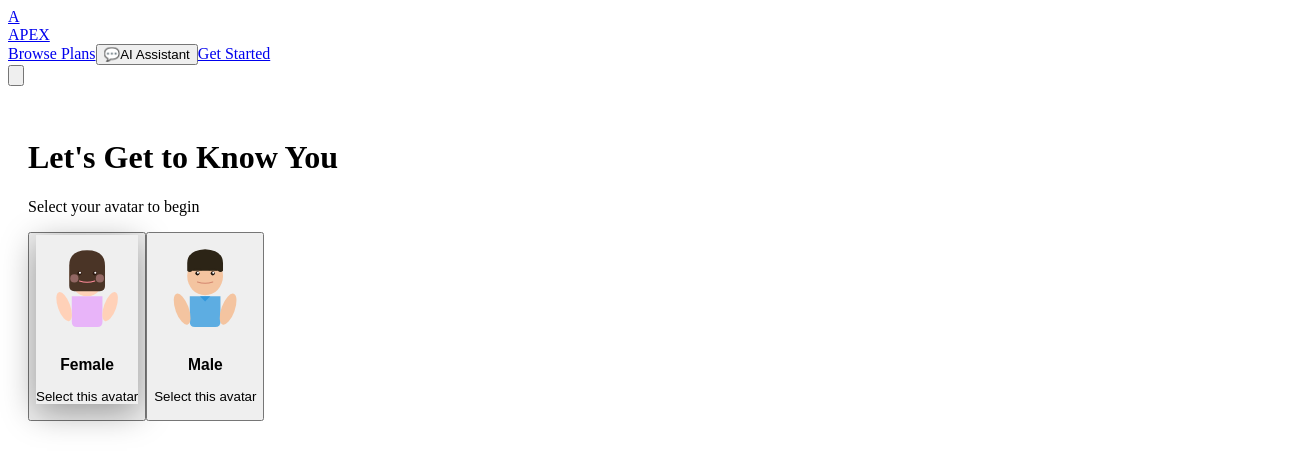
Repository: hmhhmm/Apex-AI-Driven-Insurance-Recommendation-System
Page: /onboarding/avatar-selection (app in client/)
The author's editor kept a copy of each file at every save. The page is drawn from the files as they stood at one save, then again after the next save.
The browser window is 1280 px wide. The page is 1312 px wide, so the pictures cover 1312 px, including what lies to the right of the window. The pictures show the whole page.
The project was rebuilt for these pictures with package versions that can differ from the ones it lists, and the page was loaded fresh each time. Also part of the build but not shown: client/src/components/chat/ChatHeader.tsx, client/src/components/chat/ChatMessages.tsx, client/src/components/chat/QuickActions.tsx, client/src/components/chat/ChatInput.tsx, client/src/components/landing/ParticleBackground.tsx, client/src/components/landing/AnimatedHero.tsx, client/src/components/landing/DashboardCard.tsx, client/src/pages/Landing.tsx and 11 more.

Above is the page before, as saved 2025-11-01 21:04:27.

### client/index.html
<!DOCTYPE html>
<html lang="en">
  <head>
    <meta charset="UTF-8" />
    <meta name="viewport" content="width=device-width, initial-scale=1.0" />
    <title>APEX</title>
  </head>
  <body>
    <div id="root"></div>
    <script type="module" src="/src/main.tsx"></script>
  </body>
</html>

### client/src/main.tsx
import React from 'react'
import { createRoot } from 'react-dom/client'
import App from './App'
import './styles.css'

const container = document.getElementById('root')!
const root = createRoot(container)
root.render(
  <React.StrictMode>
    <App />
  </React.StrictMode>
)

### client/src/App.tsx
import { BrowserRouter, Routes, Route, Navigate } from 'react-router-dom'
import { useAuthStore } from './store/authStore'
import { useChatPanel } from './hooks/useChatPanel'
import { useChatToggleShortcut } from './hooks/useKeyboardShortcut'
import Navigation from './components/layout/Navigation'
import ChatPanel from './components/chat/ChatPanel'
import Landing from './pages/Landing'
import Dashboard from './pages/Dashboard'
import Claims from './pages/Claims'
import Purchase from './pages/Purchase'

// Onboarding Pages
import AvatarSelection from './pages/onboarding/AvatarSelection'
import QuickAssessment from './pages/onboarding/QuickAssessment'
import AccountCreation from './pages/onboarding/AccountCreation'
import DNATestSelection from './pages/onboarding/DNATestOptions'
import OrderKit from './pages/onboarding/DNATestOptions/OrderKit'
import UploadExisting from './pages/onboarding/DNATestOptions/UploadExisting'
import ScheduleLab from './pages/onboarding/DNATestOptions/ScheduleLab'
import DocumentVault from './pages/onboarding/DocumentVault'

// Main app content that needs Router context
function AppContent() {
  const { isAuthenticated } = useAuthStore()
  const { isOpen, toggleChat } = useChatPanel()

  // Keyboard shortcut: Cmd/Ctrl + K to toggle chat
  useChatToggleShortcut(toggleChat)

  return (
    <div className="min-h-screen bg-black flex flex-col">
      <Navigation />

      <div className="flex flex-1 relative">
        {/* Main Content Area - Resizes when chat is open */}
        <main
          className={`flex-1 transition-all duration-300 ease-in-out ${
            isOpen ? 'md:mr-[25%] md:min-w-0' : 'w-full'
          }`}
          style={{
            minWidth: isOpen ? '75%' : '100%',
          }}
        >
          <Routes>
            {/* Public Routes */}
            <Route path="/" element={<Landing />} />
            <Route path="/purchase" element={<Purchase />} />

            {/* Onboarding Flow */}
            <Route path="/onboarding/avatar-selection" element={<AvatarSelection />} />
            <Route path="/onboarding/quick-assessment" element={<QuickAssessment />} />
            <Route path="/onboarding/account" element={<AccountCreation />} />
            <Route path="/onboarding/dna-test" element={<DNATestSelection />} />
            <Route path="/onboarding/dna-test/order-kit" element={<OrderKit />} />
            <Route path="/onboarding/dna-test/upload-existing" element={<UploadExisting />} />
            <Route path="/onboarding/dna-test/schedule-lab" element={<ScheduleLab />} />
            <Route path="/onboarding/documents" element={<DocumentVault />} />

            {/* Protected Routes */}
            <Route
              path="/dashboard"
              element={isAuthenticated ? <Dashboard /> : <Navigate to="/" />}
            />
            <Route
              path="/claims"
              element={isAuthenticated ? <Claims /> : <Navigate to="/" />}
            />

            {/* Catch all */}
            <Route path="*" element={<Navigate to="/" />} />
          </Routes>
        </main>

        {/* Slide-out Chat Panel */}
        <ChatPanel />
      </div>
    </div>
  )
}

function App() {
  return (
    <BrowserRouter>
      <AppContent />
    </BrowserRouter>
  )
}

export default App

### client/src/store/authStore.ts
import { create } from 'zustand'
import { persist } from 'zustand/middleware'

interface User {
  id: string
  email: string
  name: string
  hasPurchased: boolean
  activePlans?: any[]
}

interface AuthState {
  user: User | null
  isAuthenticated: boolean
  login: (email: string, password: string) => Promise<void>
  signup: (email: string, password: string, name: string) => Promise<void>
  logout: () => void
}

export const useAuthStore = create<AuthState>()(
  persist(
    (set) => ({
      user: null,
      isAuthenticated: false,

      login: async (email, password) => {
        // Mock login - replace with real API call
        await new Promise(resolve => setTimeout(resolve, 1000))

        const mockUser: User = {
          id: '1',
          email,
          name: email.split('@')[0],
          hasPurchased: false,
        }

        set({ user: mockUser, isAuthenticated: true })
      },

      signup: async (email, password, name) => {
        // Mock signup - replace with real API call
        await new Promise(resolve => setTimeout(resolve, 1000))

        const mockUser: User = {
          id: Math.random().toString(36).substr(2, 9),
          email,
          name,
          hasPurchased: false,
        }

        set({ user: mockUser, isAuthenticated: true })
      },

      logout: () => {
        set({ user: null, isAuthenticated: false })
      },
    }),
    {
      name: 'apex-auth',
    }
  )
)

### client/src/hooks/useChatPanel.ts
import { useEffect } from 'react'
import { useLocation } from 'react-router-dom'
import { useChatPanelStore } from '../store/chatPanelStore'

export const useChatPanel = () => {
  const location = useLocation()
  const {
    isOpen,
    messages,
    isTyping,
    openChat,
    closeChat,
    toggleChat,
    sendMessage,
    setContext,
    markAsRead
  } = useChatPanelStore()

  // Update context when route changes
  useEffect(() => {
    setContext(location.pathname)
  }, [location.pathname, setContext])

  // Get unread message count
  const unreadCount = messages.filter(m => !m.read && m.type === 'bot').length

  return {
    isOpen,
    messages,
    isTyping,
    unreadCount,
    openChat,
    closeChat,
    toggleChat,
    sendMessage,
    markAsRead,
    currentPage: location.pathname,
  }
}

### client/src/hooks/useKeyboardShortcut.ts
import { useEffect } from 'react'

interface KeyboardShortcutOptions {
  key: string
  ctrlKey?: boolean
  metaKey?: boolean
  shiftKey?: boolean
  altKey?: boolean
  callback: () => void
}

export const useKeyboardShortcut = ({
  key,
  ctrlKey = false,
  metaKey = false,
  shiftKey = false,
  altKey = false,
  callback,
}: KeyboardShortcutOptions) => {
  useEffect(() => {
    const handleKeyDown = (event: KeyboardEvent) => {
      // Check if all modifier keys match
      const ctrlMatch = ctrlKey ? event.ctrlKey : !event.ctrlKey
      const metaMatch = metaKey ? event.metaKey : !event.metaKey
      const shiftMatch = shiftKey ? event.shiftKey : !event.shiftKey
      const altMatch = altKey ? event.altKey : !event.altKey

      // Check if key matches (case-insensitive)
      const keyMatch = event.key.toLowerCase() === key.toLowerCase()

      if (keyMatch && ctrlMatch && metaMatch && shiftMatch && altMatch) {
        event.preventDefault()
        callback()
      }
    }

    window.addEventListener('keydown', handleKeyDown)
    return () => window.removeEventListener('keydown', handleKeyDown)
  }, [key, ctrlKey, metaKey, shiftKey, altKey, callback])
}

// Specific hook for chat toggle (Cmd/Ctrl + K)
export const useChatToggleShortcut = (callback: () => void) => {
  useKeyboardShortcut({
    key: 'k',
    ctrlKey: true,
    metaKey: true, // Works for both Ctrl (Windows) and Cmd (Mac)
    callback,
  })
}

// Specific hook for closing chat (Escape)
export const useEscapeKey = (callback: () => void) => {
  useKeyboardShortcut({
    key: 'Escape',
    callback,
  })
}

### client/src/components/chat/ChatPanel.tsx
import { motion, AnimatePresence } from 'framer-motion'
import { useChatPanel } from '../../hooks/useChatPanel'
import { useEscapeKey } from '../../hooks/useKeyboardShortcut'
import ChatHeader from './ChatHeader'
import ChatMessages from './ChatMessages'
import QuickActions from './QuickActions'
import ChatInput from './ChatInput'

const ChatPanel = () => {
  const { isOpen, closeChat } = useChatPanel()

  // Close chat on Escape key
  useEscapeKey(closeChat)

  return (
    <AnimatePresence>
      {isOpen && (
        <>
          {/* Optional backdrop for focus - uncomment if desired */}
          {/* <motion.div
            initial={{ opacity: 0 }}
            animate={{ opacity: 1 }}
            exit={{ opacity: 0 }}
            onClick={closeChat}
            className="fixed inset-0 bg-black/20 z-30"
          /> */}

          {/* Chat Panel - Desktop */}
          <motion.aside
            initial={{ x: '100%' }}
            animate={{ x: 0 }}
            exit={{ x: '100%' }}
            transition={{
              type: 'spring',
              damping: 30,
              stiffness: 300,
              mass: 0.8
            }}
            className="hidden md:flex fixed right-0 top-16 h-[calc(100vh-4rem)] w-[25%] min-w-[300px] max-w-[500px] bg-zinc-950 border-l border-zinc-800 shadow-2xl shadow-black/50 z-40 flex-col"
          >
            <ChatHeader />
            <ChatMessages />
            <QuickActions />
            <ChatInput />
          </motion.aside>

          {/* Chat Panel - Mobile (Full Screen Overlay) */}
          <motion.div
            initial={{ y: '100%' }}
            animate={{ y: 0 }}
            exit={{ y: '100%' }}
            transition={{
              type: 'spring',
              damping: 30,
              stiffness: 300
            }}
            className="md:hidden fixed inset-0 top-16 bg-zinc-950 z-40 flex flex-col"
          >
            <ChatHeader />
            <ChatMessages />
            <QuickActions />
            <ChatInput />
          </motion.div>
        </>
      )}
    </AnimatePresence>
  )
}

export default ChatPanel

### client/src/pages/onboarding/AvatarSelection.tsx
import { useState } from 'react'
import { motion, AnimatePresence } from 'framer-motion'
import { useNavigate } from 'react-router-dom'
import { useOnboardingStore } from '../../store/onboardingStore'

type Gender = 'male' | 'female' | null

export default function AvatarSelection() {
  const navigate = useNavigate()
  const { setSelectedGender: saveGender } = useOnboardingStore()
  const [selectedGender, setSelectedGender] = useState<Gender>(null)

  const handleGenderSelect = (gender: Gender) => {
    setSelectedGender(gender)
    // Wait for animation then navigate
    setTimeout(() => {
      if (gender) {
        saveGender(gender)
      }
      navigate('/onboarding/quick-assessment')
    }, 800)
  }

  return (
    <div className="min-h-screen flex items-center justify-center relative overflow-hidden">
      {/* Enhanced Background - Same as Landing */}
      <div className="fixed inset-0 -z-10">
        {/* Base gradient */}
        <div className="absolute inset-0 bg-gradient-to-br from-[#0a0a0a] via-[#1a1a2e] to-[#0a0a0a]" />

        {/* Animated gradient orbs */}
        <motion.div
          className="absolute top-0 -left-1/4 w-1/2 h-1/2 bg-purple-500/20 rounded-full blur-[120px]"
          animate={{
            scale: [1, 1.2, 1],
            opacity: [0.3, 0.5, 0.3],
          }}
          transition={{
            duration: 8,
            repeat: Infinity,
            ease: "easeInOut"
          }}
        />
        <motion.div
          className="absolute top-1/4 -right-1/4 w-1/2 h-1/2 bg-blue-500/20 rounded-full blur-[120px]"
          animate={{
            scale: [1.2, 1, 1.2],
            opacity: [0.4, 0.6, 0.4],
          }}
          transition={{
            duration: 10,
            repeat: Infinity,
            ease: "easeInOut"
          }}
        />
        <motion.div
          className="absolute bottom-0 left-1/3 w-1/2 h-1/2 bg-cyan-500/15 rounded-full blur-[100px]"
          animate={{
            scale: [1, 1.3, 1],
            opacity: [0.2, 0.4, 0.2],
          }}
          transition={{
            duration: 12,
            repeat: Infinity,
            ease: "easeInOut"
          }}
        />

        {/* Subtle grid overlay */}
        <div className="absolute inset-0 bg-[linear-gradient(rgba(255,255,255,0.02)_1px,transparent_1px),linear-gradient(90deg,rgba(255,255,255,0.02)_1px,transparent_1px)] bg-[size:100px_100px] [mask-image:radial-gradient(ellipse_80%_50%_at_50%_50%,black,transparent)]" />
      </div>

      <div className="relative z-10 w-full max-w-6xl mx-auto px-4">
        <AnimatePresence mode="wait">
          {!selectedGender ? (
            // Initial State: Show both avatars
            <motion.div
              key="selection"
              initial={{ opacity: 0, y: 20 }}
              animate={{ opacity: 1, y: 0 }}
              exit={{ opacity: 0, scale: 0.9 }}
              className="text-center"
            >
              <h1 className="text-5xl md:text-6xl font-bold mb-4">
                <span className="text-gradient">Let's Get to Know You</span>
              </h1>
              <p className="text-xl text-gray-400 mb-16">
                Select your avatar to begin
              </p>

              <div className="grid md:grid-cols-2 gap-12 max-w-4xl mx-auto">
                {/* Female Avatar */}
                <motion.button
                  onClick={() => handleGenderSelect('female')}
                  whileHover={{ scale: 1.05 }}
                  whileTap={{ scale: 0.95 }}
                  className="group relative"
                >
                  <div className="backdrop-blur-2xl bg-gradient-to-br from-white/[0.07] to-white/[0.02] border border-white/10 rounded-3xl p-8 hover:border-pink-500/50 transition-all duration-300 hover:shadow-2xl hover:shadow-pink-500/30" style={{ boxShadow: '0 8px 32px 0 rgba(0, 0, 0, 0.37)' }}>
                    {/* Female Avatar SVG */}
                    <div className="w-64 h-64 mx-auto mb-6 relative">
                      <svg viewBox="0 0 200 200" className="w-full h-full">
                        {/* Head */}
                        <ellipse cx="100" cy="80" rx="35" ry="40" fill="#FFD1B8" />

                        {/* Hair */}
                        <path d="M 65 60 Q 65 30, 100 30 Q 135 30, 135 60 L 135 100 Q 135 110, 125 110 L 75 110 Q 65 110, 65 100 Z" fill="#4A3426" />

                        {/* Eyes */}
                        <circle cx="85" cy="75" r="4" fill="#2C1810" />
                        <circle cx="115" cy="75" r="4" fill="#2C1810" />
                        <circle cx="86" cy="74" r="2" fill="white" />
                        <circle cx="116" cy="74" r="2" fill="white" />

                        {/* Smile */}
                        <path d="M 85 90 Q 100 95, 115 90" stroke="#FF8B9A" strokeWidth="2" fill="none" strokeLinecap="round" />

                        {/* Rosy cheeks */}
                        <circle cx="75" cy="85" r="8" fill="#FFB3C1" opacity="0.4" />
                        <circle cx="125" cy="85" r="8" fill="#FFB3C1" opacity="0.4" />

                        {/* Body - Blouse */}
                        <path d="M 70 120 L 70 170 Q 70 180, 80 180 L 120 180 Q 130 180, 130 170 L 130 120 Z" fill="#E8B4F9" />

                        {/* Arms */}
                        <ellipse cx="55" cy="140" rx="12" ry="30" fill="#FFD1B8" transform="rotate(-20 55 140)" />
                        <ellipse cx="145" cy="140" rx="12" ry="30" fill="#FFD1B8" transform="rotate(20 145 140)" />
                      </svg>
                    </div>

                    <h3 className="text-2xl font-bold text-white mb-2">Female</h3>
                    <p className="text-gray-400">Select this avatar</p>
                  </div>
                </motion.button>

                {/* Male Avatar */}
                <motion.button
                  onClick={() => handleGenderSelect('male')}
                  whileHover={{ scale: 1.05 }}
                  whileTap={{ scale: 0.95 }}
                  className="group relative"
                >
                  <div className="card p-8 hover:border-blue-500 transition-all duration-300 hover:shadow-2xl hover:shadow-blue-500/30">
                    {/* Male Avatar SVG */}
                    <div className="w-64 h-64 mx-auto mb-6 relative">
                      <svg viewBox="0 0 200 200" className="w-full h-full">
                        {/* Head */}
                        <ellipse cx="100" cy="80" rx="35" ry="38" fill="#F4C4A0" />

                        {/* Hair - Short cut */}
                        <path d="M 65 55 Q 65 30, 100 28 Q 135 30, 135 55 L 135 70 Q 130 75, 125 70 L 75 70 Q 70 75, 65 70 Z" fill="#2C2416" />

                        {/* Eyes */}
                        <circle cx="85" cy="75" r="4" fill="#1A120C" />
                        <circle cx="115" cy="75" r="4" fill="#1A120C" />
                        <circle cx="86" cy="74" r="2" fill="white" />
                        <circle cx="116" cy="74" r="2" fill="white" />

                        {/* Smile */}
                        <path d="M 85 92 Q 100 97, 115 92" stroke="#D4876F" strokeWidth="2" fill="none" strokeLinecap="round" />

                        {/* Eyebrows */}
                        <path d="M 78 68 Q 85 66, 92 68" stroke="#2C2416" strokeWidth="2.5" fill="none" strokeLinecap="round" />
                        <path d="M 108 68 Q 115 66, 122 68" stroke="#2C2416" strokeWidth="2.5" fill="none" strokeLinecap="round" />

                        {/* Body - Shirt */}
                        <path d="M 70 120 L 70 170 Q 70 180, 80 180 L 120 180 Q 130 180, 130 170 L 130 120 Z" fill="#5DADE2" />

                        {/* Collar */}
                        <polygon points="90,120 100,130 110,120" fill="#3498DB" />

                        {/* Arms */}
                        <ellipse cx="55" cy="145" rx="13" ry="32" fill="#F4C4A0" transform="rotate(-20 55 145)" />
                        <ellipse cx="145" cy="145" rx="13" ry="32" fill="#F4C4A0" transform="rotate(20 145 145)" />
                      </svg>
                    </div>

                    <h3 className="text-2xl font-bold text-white mb-2">Male</h3>
                    <p className="text-gray-400">Select this avatar</p>
                  </div>
                </motion.button>
              </div>
            </motion.div>
          ) : (
            // Selected State: Show centered avatar
            <motion.div
              key="selected"
              initial={{ scale: 1.2, opacity: 0 }}
              animate={{ scale: 1, opacity: 1 }}
              className="text-center"
            >
              <div className="w-48 h-48 mx-auto mb-8">
                {selectedGender === 'female' ? (
                  <svg viewBox="0 0 200 200" className="w-full h-full">
                    {/* Female Avatar - Same as above */}
                    <ellipse cx="100" cy="80" rx="35" ry="40" fill="#FFD1B8" />
                    <path d="M 65 60 Q 65 30, 100 30 Q 135 30, 135 60 L 135 100 Q 135 110, 125 110 L 75 110 Q 65 110, 65 100 Z" fill="#4A3426" />
                    <circle cx="85" cy="75" r="4" fill="#2C1810" />
                    <circle cx="115" cy="75" r="4" fill="#2C1810" />
                    <circle cx="86" cy="74" r="2" fill="white" />
                    <circle cx="116" cy="74" r="2" fill="white" />
                    <path d="M 85 90 Q 100 95, 115 90" stroke="#FF8B9A" strokeWidth="2" fill="none" strokeLinecap="round" />
                    <circle cx="75" cy="85" r="8" fill="#FFB3C1" opacity="0.4" />
                    <circle cx="125" cy="85" r="8" fill="#FFB3C1" opacity="0.4" />
                    <path d="M 70 120 L 70 170 Q 70 180, 80 180 L 120 180 Q 130 180, 130 170 L 130 120 Z" fill="#E8B4F9" />
                    <ellipse cx="55" cy="140" rx="12" ry="30" fill="#FFD1B8" transform="rotate(-20 55 140)" />
                    <ellipse cx="145" cy="140" rx="12" ry="30" fill="#FFD1B8" transform="rotate(20 145 140)" />
                  </svg>
                ) : (
                  <svg viewBox="0 0 200 200" className="w-full h-full">
                    {/* Male Avatar - Same as above */}
                    <ellipse cx="100" cy="80" rx="35" ry="38" fill="#F4C4A0" />
                    <path d="M 65 55 Q 65 30, 100 28 Q 135 30, 135 55 L 135 70 Q 130 75, 125 70 L 75 70 Q 70 75, 65 70 Z" fill="#2C2416" />
                    <circle cx="85" cy="75" r="4" fill="#1A120C" />
                    <circle cx="115" cy="75" r="4" fill="#1A120C" />
                    <circle cx="86" cy="74" r="2" fill="white" />
                    <circle cx="116" cy="74" r="2" fill="white" />
                    <path d="M 85 92 Q 100 97, 115 92" stroke="#D4876F" strokeWidth="2" fill="none" strokeLinecap="round" />
                    <path d="M 78 68 Q 85 66, 92 68" stroke="#2C2416" strokeWidth="2.5" fill="none" strokeLinecap="round" />
                    <path d="M 108 68 Q 115 66, 122 68" stroke="#2C2416" strokeWidth="2.5" fill="none" strokeLinecap="round" />
                    <path d="M 70 120 L 70 170 Q 70 180, 80 180 L 120 180 Q 130 180, 130 170 L 130 120 Z" fill="#5DADE2" />
                    <polygon points="90,120 100,130 110,120" fill="#3498DB" />
                    <ellipse cx="55" cy="145" rx="13" ry="32" fill="#F4C4A0" transform="rotate(-20 55 145)" />
                    <ellipse cx="145" cy="145" rx="13" ry="32" fill="#F4C4A0" transform="rotate(20 145 145)" />
                  </svg>
                )}
              </div>

              <motion.div
                initial={{ opacity: 0 }}
                animate={{ opacity: 1 }}
                transition={{ delay: 0.3 }}
              >
                <div className="inline-flex items-center gap-2 px-4 py-2 bg-green-950/30 text-green-400 rounded-full border border-green-800/30 mb-4">
                  <span>✓</span>
                  <span>Perfect! Let's continue...</span>
                </div>
              </motion.div>
            </motion.div>
          )}
        </AnimatePresence>
      </div>
    </div>
  )
}

### client/src/components/chat/ChatToggleButton.tsx
import { useChatPanel } from '../../hooks/useChatPanel'

const ChatToggleButton = () => {
  const { isOpen, toggleChat, unreadCount } = useChatPanel()

  return (
    <button
      onClick={toggleChat}
      className="relative flex items-center gap-2 px-4 py-2 bg-gradient-to-r from-blue-600 to-purple-600 text-white rounded-lg hover:shadow-lg hover:shadow-blue-500/50 transition-all duration-300"
      title="Toggle AI Assistant (Cmd/Ctrl + K)"
    >
      <span className="text-xl">💬</span>
      <span className="hidden sm:inline font-medium">AI Assistant</span>

      {!isOpen && unreadCount > 0 && (
        <span className="absolute -top-1 -right-1 w-5 h-5 bg-red-500 rounded-full text-xs flex items-center justify-center font-bold animate-pulse">
          {unreadCount}
        </span>
      )}
    </button>
  )
}

export default ChatToggleButton

Loaded but not shown: client/src/styles.css (704 lines, source omitted); client/src/components/layout/Navigation.tsx (172 lines, source omitted); client/src/store/chatPanelStore.ts (182 lines, source omitted); client/src/store/onboardingStore.ts (172 lines, source omitted)

After the next save:
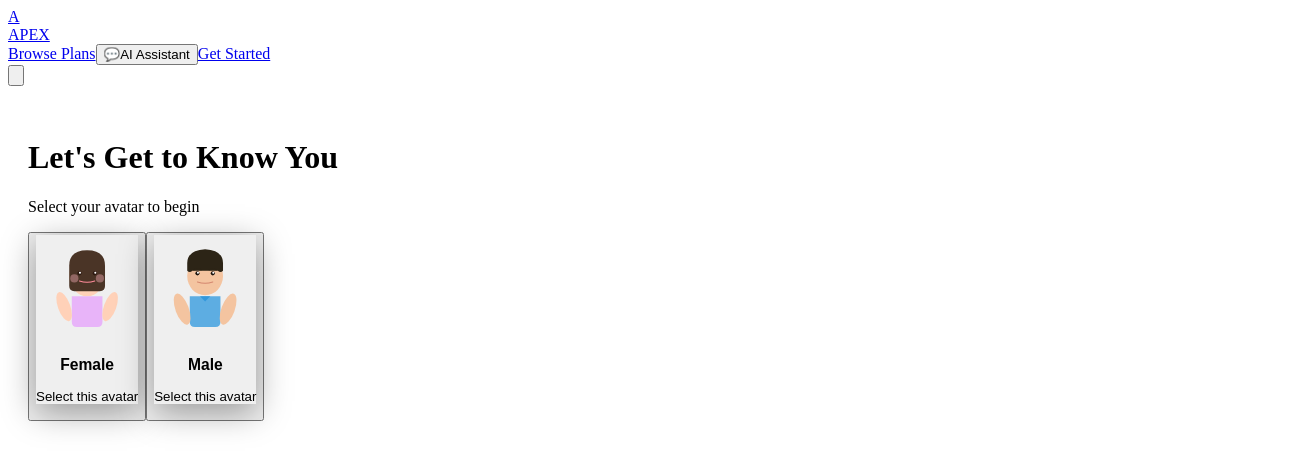
Saved 7 s later.
--- a/client/src/pages/onboarding/AvatarSelection.tsx
+++ b/client/src/pages/onboarding/AvatarSelection.tsx
@@ -140,7 +140,7 @@ export default function AvatarSelection() {
                   whileTap={{ scale: 0.95 }}
                   className="group relative"
                 >
-                  <div className="card p-8 hover:border-blue-500 transition-all duration-300 hover:shadow-2xl hover:shadow-blue-500/30">
+                  <div className="backdrop-blur-2xl bg-gradient-to-br from-white/[0.07] to-white/[0.02] border border-white/10 rounded-3xl p-8 hover:border-blue-500/50 transition-all duration-300 hover:shadow-2xl hover:shadow-blue-500/30" style={{ boxShadow: '0 8px 32px 0 rgba(0, 0, 0, 0.37)' }}>
                     {/* Male Avatar SVG */}
                     <div className="w-64 h-64 mx-auto mb-6 relative">
                       <svg viewBox="0 0 200 200" className="w-full h-full">
